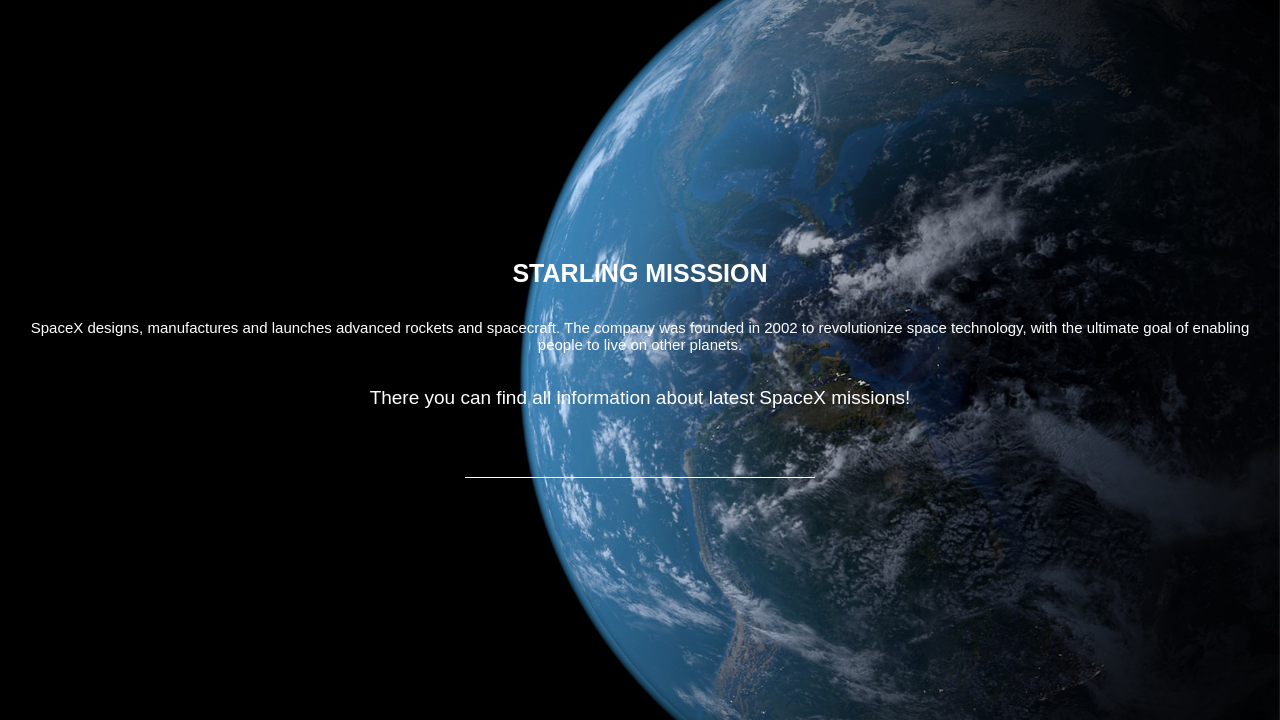
Repository: PJasiczek/vue-shop
Page: /#/about
The author's editor kept a copy of each file at every save. The page is drawn from the files as they stood at one save, then again after the next save.
The browser window is 1280 px wide. The pictures show the whole page.
Some web fonts or font styles are not loaded; a fallback is used. The project was rebuilt for these pictures with package versions that can differ from the ones it lists, and the page was loaded fresh each time.

Above is the page before, as saved 2020-04-06 17:37:23.

### src/App.vue
<template>
  <div class="wrapper">
    <BackgroundImage/>
    <Claim/>
    <SearchInput/>
  </div>
</template>

<script>

import debounce from 'lodash/debounce';

import Claim from '@/components/Claim.vue';

import SearchInput from '@/components/SearchInput.vue';

import BackgroundImage from '@/components/BackgroundImage.vue';

const axios = require('axios');

const API = 'https://api.spacexdata.com/v3/launches?rocket_name=';

export default {
  name: 'Search',
  components: {
    Claim, SearchInput, BackgroundImage,
  },
  data() {
    return {
      searchValue: '',
      results: [],
    };
  },
  methods: {
    // eslint-disable-next-line
    handleInput: debounce(function() {
      axios.get(`${API}${this.searchValue}`)
        .then((response) => {
          this.results = response.data;
          console.log(response.data);
        }).catch((error) => {
          console.log(error);
        });
    }, 500),
  },
};
</script>

<style lang="scss">
  @import url('https://fonts.googleapis.com/css2?family=Baloo+Thambi+2:wght@400;500;600;700;800&display=swap');
  *{
    box-sizing: border-box;
  }

  body{
    margin: 0;
    padding: 0;
    font-family: 'Baloo Thambi 2', sans-serif;
  }
  .wrapper{
    display: flex;
    width: 100%;
    min-height: 100vh;
    flex-direction: column;
    justify-content: center;
    align-items: center;
    margin: 0;
    padding: 30px;
  }

</style>

### src/components/Claim.vue
<template>
  <div class="claimWrapper">
      <h1 class="claim">STARLING MISSSION</h1>
      <p class="subclaim">SpaceX designs, manufactures and launches advanced rockets and spacecraft. The company was founded in 2002 to revolutionize space technology, with the ultimate goal of enabling people to live on other planets.</p>
      <p class="subclaim">There you can find all information about latest SpaceX missions!</p>
  </div>
</template>

<script>
/* eslint-disable eol-last */
export default {
  name: 'Claim',
};
</script>
<style lang="scss" scoped>
.claimWrapper{
    display: flex;
    flex-direction: column;
    justify-content: center;
    align-items: center;
    color: #ffffff;
    text-align: center;

    .claim{
        font-size: 25px;
    }

    .subclaim:first-of-type{
        font-size: 15px;
    }

    .subclaim:last-of-type{
        font-size: 19px;
    }
}

</style>

### src/components/SearchInput.vue
<template>
    <div class="searchWrapper">
      <input id="search" name="search" v-model="searchValue" @input="handleInput"/>
    </div>
</template>

<script>
/* eslint-disable eol-last */
export default {
  name: 'SearchInput',
};
</script>

<style lang="scss" scoped>
.searchWrapper{
  display: flex;
  flex-direction: column;
  align-items: center;

  input{
    height: 50px;
    width: 350px;
    border: 0;
    text-align: center;
    color: #ffffff;
    font-size: 18px;
    font-family: 'Baloo Thambi 2', sans-serif;
    border-bottom: 1px solid #ffffff;
    background: none;
    transition: width 0.25s ease-in-out;
  }

  input:focus{
      outline: none;
      width: 450px;
  }
}
</style>

### src/components/BackgroundImage.vue
<template>
  <div class="backgroudImage"/>
</template>

<script>
/* eslint-disable eol-last */
export default {
  name: 'BackgroudImage',
};
</script>
<style lang="scss" scoped>
.backgroudImage{
    position: fixed;
    top: 0;
    z-index: -1;
    width: 100%;
    height: 100vh;
    background: url('../assets/4.jpg');
    background-repeat: no-repeat;
    background-size: cover;
    background-position: 55% 70%;
}

</style>

Loaded but not shown: public/index.html (common file); src/main.js (common file)

After the next save:
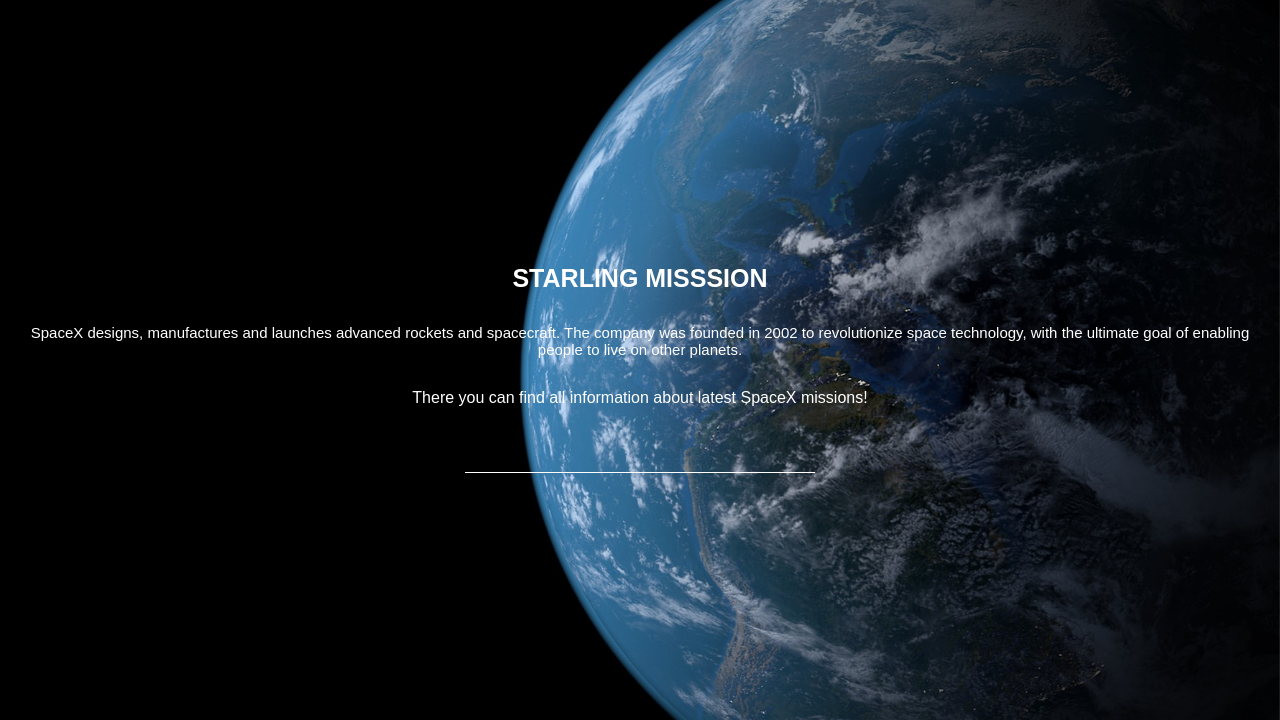
Saved 6 min 42 s later.
--- a/src/components/Claim.vue
+++ b/src/components/Claim.vue
@@ -30,7 +30,7 @@
     }
 
     .subclaim:last-of-type{
-        font-size: 19px;
+        font-size: 16px;
     }
 }
 
